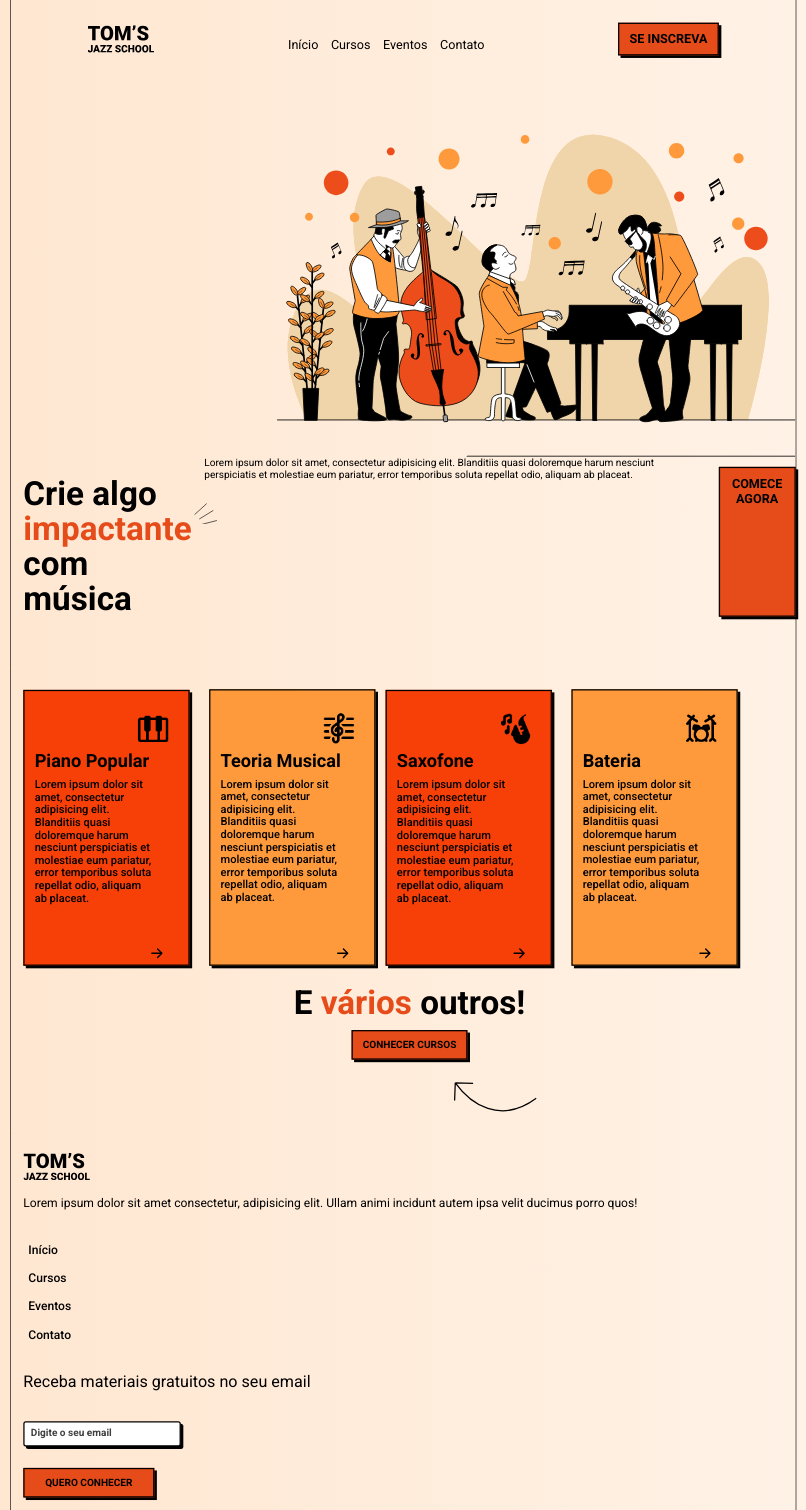
Repository: guilhermecardoso93/obebitecode
Page: index.html
An editor plug-in stored every save of this project. The page is shown before and after the next save, followed by the edit.
The browser window is 1280 px wide. The pictures show the whole page, at 63% of full size.

Above is the page before, as saved 2023-08-16 21:13:10.

### index.html
<!DOCTYPE html>
<html lang="pt-BR">
  <head>
    <meta charset="UTF-8" />
    <meta name="viewport" content="width=device-width, initial-scale=1.0" />
    <link rel="preconnect" href="https://fonts.googleapis.com" />
    <link rel="preconnect" href="https://fonts.gstatic.com" crossorigin />
    <link
      href="https://fonts.googleapis.com/css2?family=Roboto:wght@400;500;700&display=swap"
      rel="stylesheet" />
    <link rel="stylesheet" href="css/style.css" />
    <title>Tom's Jazz School</title>
  </head>
  <body>
    <header>
      <div class="container">
        <img src="./assets/logo.svg" alt="Logo da Tom's Jazz School" />
        <nav>
          <a href="/"><span>Início</span></a>
          <a href="/"><span>Cursos</span></a>
          <a href="/"><span>Eventos</span></a>
          <a href="/"><span>Contato</span></a>
        </nav>
      <a href="/" class="subscribeButton subscribeButton mt-1 mx-auto mb-1">Se Inscreva</a>
    </div>
    </header>

    <main>
      <section class="hero-section">
        <div>
        <img src="./assets/hero-img.svg" alt="Banda de Jazz Tocando" />
        <div class="container">
          <h1 class="mt-2">
            Crie algo <span class="text-primary decoration">impactante</span> com música
          </h1>
          <p class="mt-2 mb-2"></p>
            Lorem ipsum dolor sit amet, consectetur adipisicing elit. Blanditiis
            quasi doloremque harum nesciunt perspiciatis et molestiae eum
            pariatur, error temporibus soluta repellat odio, aliquam ab placeat.
          </p>
          <a href="/" class="subscribeButton mt-1 mx-auto">Comece Agora</a>
        </div>
      </div>
      </section>
      <section class="hero-section">
        <div class="cards">
          <article class="card">
            <img src="./assets/piano.png" alt="ícone de tecla de piano" />
            <h3>Piano Popular</h3>
            <p>
              Lorem ipsum dolor sit amet, consectetur adipisicing elit.
              Blanditiis quasi doloremque harum nesciunt perspiciatis et
              molestiae eum pariatur, error temporibus soluta repellat odio,
              aliquam ab placeat.
            </p>
            <a href="#">
              <img
                src="./assets/arrow-right.svg"
                alt="svg de seta para direita" />
            </a>
          </article>
          <article class="card">
            <img src="./assets/clef.png" alt="Icone de clave de sol" />
            <h3>Teoria Musical</h3>
            <p>
              Lorem ipsum dolor sit amet, consectetur adipisicing elit.
              Blanditiis quasi doloremque harum nesciunt perspiciatis et
              molestiae eum pariatur, error temporibus soluta repellat odio,
              aliquam ab placeat.
            </p>
            <a href="#">
              <img
                src="./assets/arrow-right.svg"
                alt="svg de seta para direita" />
            </a>
          </article>
          <article class="card">
            <img src="./assets/sax.png" alt="Icone de saxofone" />
            <h3>Saxofone</h3>
            <p>
              Lorem ipsum dolor sit amet, consectetur adipisicing elit.
              Blanditiis quasi doloremque harum nesciunt perspiciatis et
              molestiae eum pariatur, error temporibus soluta repellat odio,
              aliquam ab placeat.
            </p>
            <a href="#">
              <img
                src="./assets/arrow-right.svg"
                alt="svg de seta para direita" />
            </a>
          </article>
          <article class="card">
            <img src="./assets/drums.png" alt="Ícone de bateria" />
            <h3>Bateria</h3>
            <p>
              Lorem ipsum dolor sit amet, consectetur adipisicing elit.
              Blanditiis quasi doloremque harum nesciunt perspiciatis et
              molestiae eum pariatur, error temporibus soluta repellat odio,
              aliquam ab placeat.
            </p>
            <a href="#">
              <img
                src="./assets/arrow-right.svg"
                alt="svg de seta para direita" />
            </a>
          </article>
        </div>
        <div class="rodape-article">
          <h1 class=> E <span>vários</span> outros!</h1>
          <a href="/" class="subscribeButton btn-courses">conhecer cursos</a>
        </div>
      </section>
    </main>
    <footer id="contato">
      <div>
        <img src="./assets/logo.svg" alt="Banda de Jazz Tocando" class="mt-1"/>
        <p>Lorem ipsum dolor sit amet consectetur, adipisicing elit. Ullam animi incidunt autem ipsa velit ducimus porro quos!</p>
      </div>
        <nav class="footer-menu">
            <a href="#inicio"><span>Início</span></a>
            <a href="#cursos"><span>Cursos</span></a>
            <a href="#eventos"><span>Eventos</span></a>
            <a href="#contato"><span>Contato</span></a>
          </nav>
            <label for="email" class="mb-1">Receba materiais gratuitos no seu email</label>
            <input type="email" placeholder="Digite o seu email">
            <a href="/" class="subscribeButton btn-footer">quero conhecer</a>
    </footer>
  </body>
</html>

### css/style.css
@import url("./basics.css");
@import url("./header.css");
@import url("./main.css");
@import url("./footer.css");
@import url("./responsivo.css");

### css/basics.css
* {
  margin: 0;
  padding: 0;
  box-sizing: border-box;
  font-family: "Roboto", sans-serif;
}

:root {
  --color-primary: #ed4d1b;
  --color-secondary: #ff9a3c;
  --color-black: #000;
  --color-white: #fff;
}

body {
  background: linear-gradient(90deg, #ffe7d1 0%, #fff2e6 100%);
  padding: 0 1rem;
}

body,
html {
  overflow-x: hidden !important;
}

a {
  text-decoration: none;
  cursor: pointer;
}

.mt-1 {
  margin-top: 1rem;
}

.mt-2 {
  margin-top: 2rem;
}

.mb-1 {
  margin-bottom: 1rem;
}

.mb-2 {
  margin-bottom: 2rem;
}

.mx-auto {
  margin-left: auto;
  margin-right: auto;
}

.text-primary {
  color: var(--color-primary);
}

.text-center {
  text-align: center;
}

header,
.hero-section,
.courses-section,
footer {
  border-color: --color-black;
  border-style: solid;
  border-width: 0 1px;
  padding: 20px;
}

.subscribeButton {
  border: 2px solid #000;
  box-shadow: 4px 4px 0 #000;
  font-weight: 600;
  display: block;
  background: #e64b1a;
  text-transform: uppercase;
  font-size: 1.25rem;
  padding: 0.75rem 1rem;
  max-width: 17rem;
  position: relative;
  color: var(--color-black);
  text-align: center;
}

.subscribeButton:hover {
  border: 2px solid #e64b1a;
  box-shadow: 4px 4px 0 #e64b1a;
  font-weight: 600;
  display: block;
  color: #e64b1a;
  text-transform: uppercase;
  font-size: 1.25rem;
  padding: 0.75rem 1rem;
  max-width: 17rem;
  position: relative;
  background: var(--color-black);
  text-align: center;
}

span {
  margin: 0;
}

### css/header.css
header img {
  display: block;
  margin: 1rem auto;
}

header nav {
  display: grid;
  grid-template-columns: 1fr 1fr;
  margin-bottom: 1rem;
  margin: 1rem auto 0;
}

nav a {
  color: var(--color-black);
  font-size: 1.25rem;
  padding: 0.5rem;
  text-decoration: none;
  text-weight: bold;
}

nav a span:hover {
  border-bottom: 3px solid #000;
}

header nav a:nth-child(2n-1) {
  text-align: right;
}

### css/main.css
.hero-section {
  padding-right: 0;
  padding-bottom: 5rem;
}

.hero-section img {
  display: block;
  margin: 1.25rem 0 0 auto;
  max-width: 100%;
}

h1 {
  font-size: 3.3rem;
  line-height: 105%;
  font-weight: 700;
}

h2 {
  font-size: 2.5rem;
}

.hero-section p {
  font-size: 1.25rem;
  padding-right: 1.25rem;
}

.hero-section .subscribeButton {
  position: relative;
}

.hero-section .subscribeButton::after {
  content: "";
  background: url("../assets/arrow-curve.svg") no-repeat;
  display: block;
  content: "";
  width: 100%;
  height: 50px;
  position: absolute;
  top: 5rem;
  left: 10rem;
}

.decoration {
  display: block;
  color: #e64b1a;
  position: relative;
}

.decoration::after {
  content: "";
  background: url("../assets/three-dashes.svg");
  position: absolute;
  top: -1rem;
  height: 36px;
  width: 40px;
}

.courses-section {
  display: grid;
  justify-content: center;
  gap: 20px;
  margin-top: -5rem;
  border-top: none;
}

.card {
  background: #f73f08;
  display: grid;
  justify-content: center;
  align-items: center;
  padding: 1rem 2rem 0 1rem;
  max-width: 16.5rem;
  gap: 10px;
  box-shadow: 4px 4px 0 #000;
  border: 2px solid #000;
}

.card h3 {
  font-size: 1.8rem;
  font-weight: 600;
}

.card p {
  font-size: 1.1rem;
  font-weight: 500;
  margin-bottom: 30px;
}

.card a {
  margin-left: 11rem;
}

.card:nth-child(2n) {
  margin-left: 0.935rem;
  background: #ff9a3c;
}

.rodape-article {
  display: flex;
  flex-direction: column;
  align-items: center;
  gap: 15px;
  font-weight: 900;
  font-size: 2.5rem;
  margin: 2rem 0;
}

.rodape-article span {
  color: #e64b1a;
}

.btn-courses {
  max-width: 13rem;
  font-size: 1rem;
}

.btn-courses:hover {
  max-width: 13rem;
  font-size: 1rem;
}

### css/footer.css
footer {
  display: grid;
  gap: 10px;
}
footer h1 {
  font-size: 1.5rem;
  text-transform: uppercase;
  font-weight: 900;
}

footer span {
  font-size: 3rem;
}

footer p {
  margin-top: 20px;
  font-size: 1.2rem;
}

.footer-menu {
  display: flex;
  flex-direction: column;
  gap: 5px;
  margin: 2rem 0;
}

.footer-menu a span {
  font-size: 1.2rem;
  font-weight: 500;
}

.footer-menu a span:hover {
  border-bottom: 3px solid #000;
}

footer label {
  font-size: 1.6rem;
  line-height: 1;
}
footer input {
  border-radius: 4px;
  padding: 0 10px;
  margin: 1.5rem 0;
  width: 250px;
  height: 40px;
  border: 2px solid #000;
  box-shadow: 4px 4px 0 #000;
}
footer input::placeholder {
  color: #414040;
  font-size: 1rem;
  font-weight: 900;
}

.btn-footer {
  font-size: 1rem;
  max-width: 13rem;
}

.btn-footer:hover {
  font-size: 1rem;
  max-width: 13rem;
}

### css/responsivo.css
@media screen and (min-width: 40rem) {
  header nav {
    display: block;
    text-align: center;
  }

  .cards {
    display: flex;
    flex: 1;
    flex-wrap: wrap;
  }

  .card:nth-child(2n) {
    margin-top: 0.935rem;
    margin-right: 1rem;
  }

  .card:nth-child(2n-1) {
    margin-top: 1rem;
    margin-right: 1rem;
  }
}

@media screen and (min-width: 48rem) {
  header div {
    display: flex;
    align-items: center;
    justify-content: space-between;
  }

  header img, header nav, haeder a {
    margin: o;
  }
}

@media screen and (min-width: 72rem) {
  .container {
    display: flex;
  }
}

After the next save:
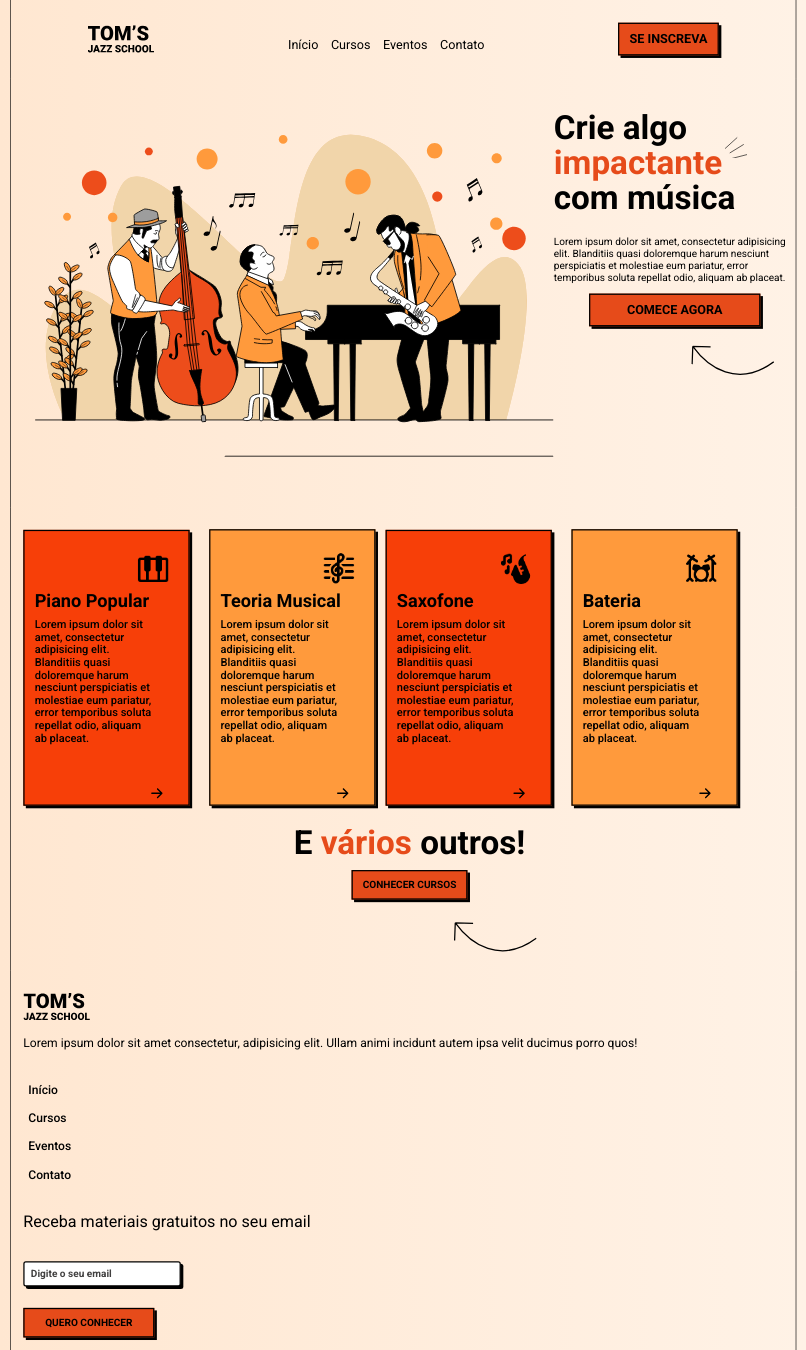
Saved 33 s later.
--- a/index.html
+++ b/index.html
@@ -27,9 +27,9 @@
 
     <main>
       <section class="hero-section">
-        <div>
+        <div class="container">
         <img src="./assets/hero-img.svg" alt="Banda de Jazz Tocando" />
-        <div class="container">
+        <div >
           <h1 class="mt-2">
             Crie algo <span class="text-primary decoration">impactante</span> com música
           </h1>
